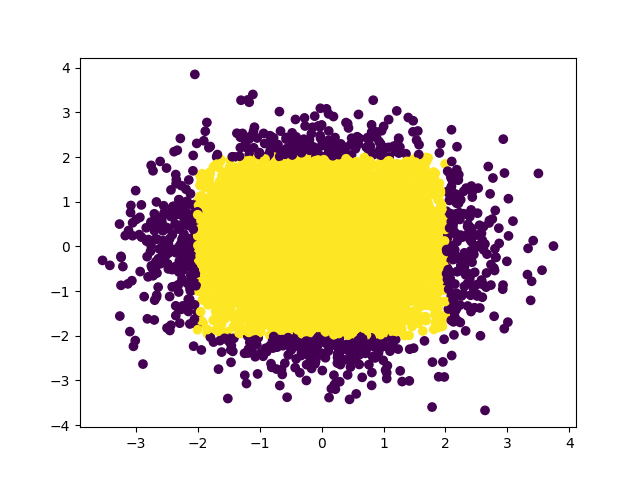
Repository: moein1379/DeepLearning
Script's output: python pandaExercise.py
These files come from the project's save history. The script's output is drawn as it stood at one moment and after a run of saves; the edit follows.
Random numbers start from a fixed seed.

Above is the script's output before, as saved 2021-03-04 16:21:37.

After the next 5 saves:
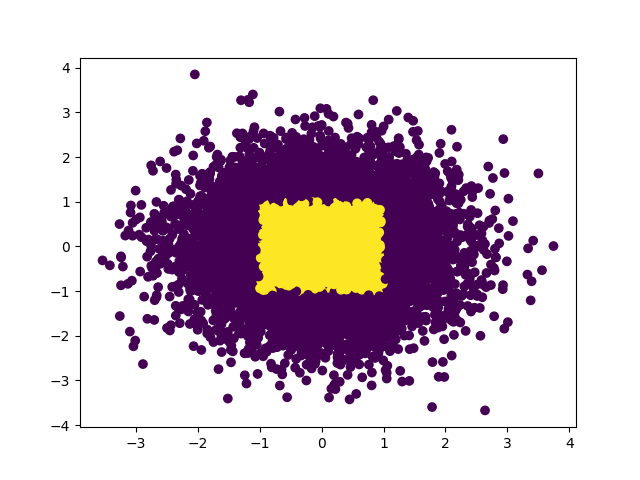
The 5 saves are shown as one change because they came seconds apart.
The last was saved 24 s later.
--- a/pandaExercise.py
+++ b/pandaExercise.py
@@ -6,7 +6,7 @@ def q2(n):
     y = np.random.randn(n)
     color = []
     for i in range(n):
-        if(-2<=x[i]<=2 and -2<=y[i]<=2):
+        if(-1<=x[i]<=1 and -1<=y[i]<=1):
             color.append(1)
         #if((1<x[i]<2 and 1<y[i]<2) and (-2<x[i]<-1 and -2<y[i]<-1)):
         else:
